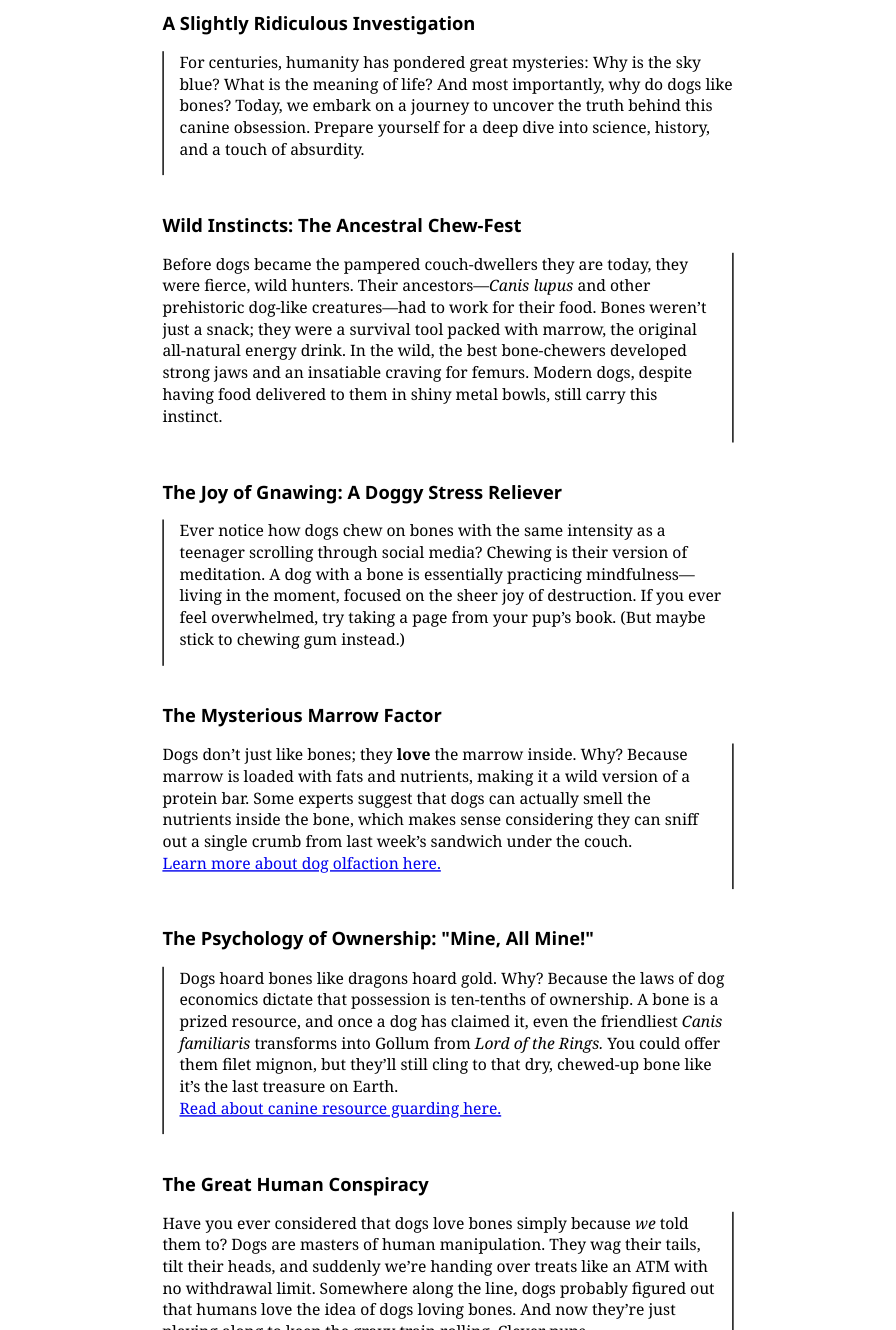
Repository: Leith-vdl/apprentice-challenge-1
Page: index.html
The author's editor kept a copy of each file at every save. The page is drawn from the files as they stood at one save, then again after the next save.
The browser window is 1280 px wide. The pictures show the part of the page from y = 113 to 2013 px (the page is 2394 px tall before and 2408 px after), at 70% of full size.
A picture or video elsewhere on the page could not be fetched, so the positions and the page height are approximate.

Above is the page before, as saved 2025-01-31 16:02:29.

After the next save:
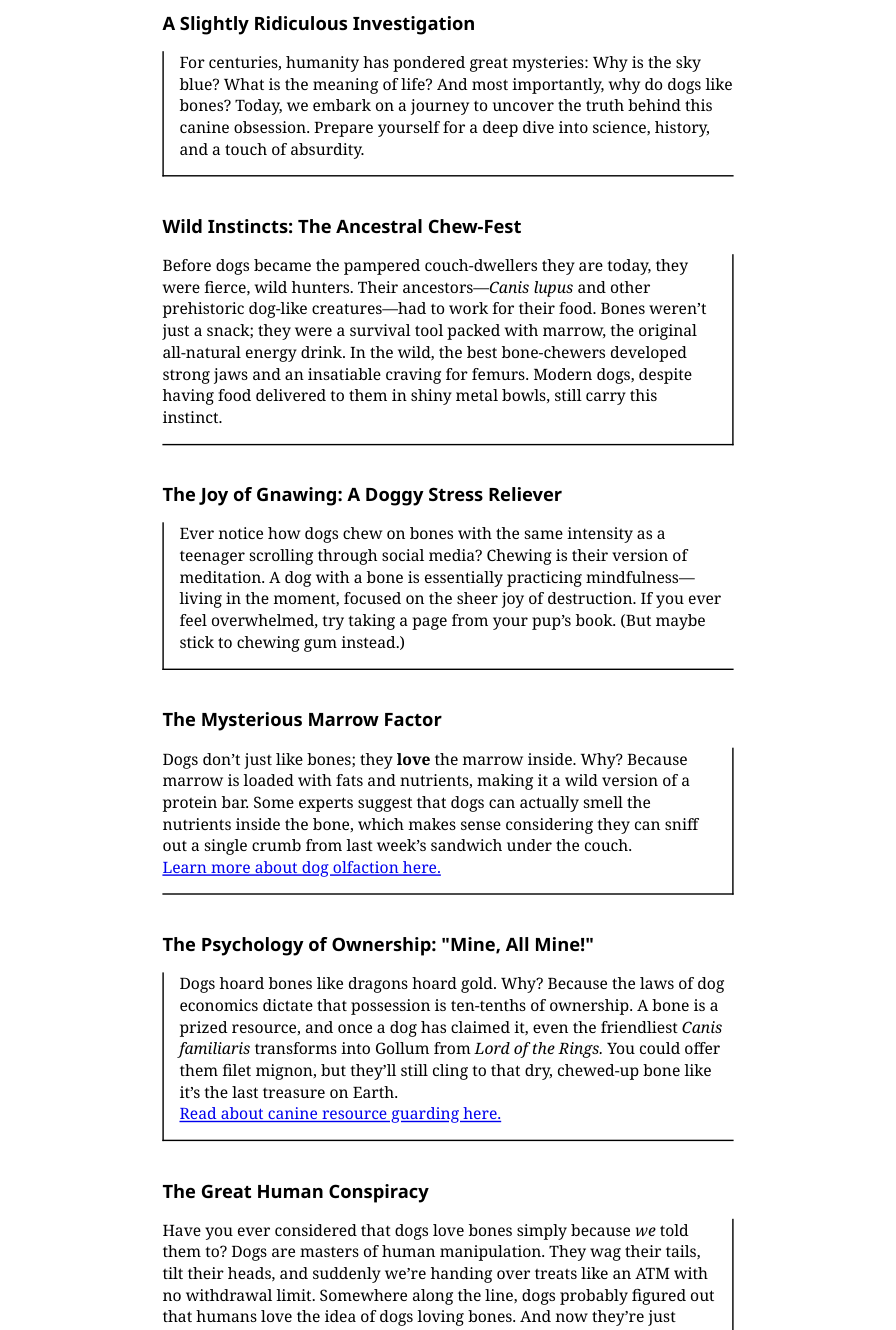
Saved 10 s later.
--- a/styles/styles.css
+++ b/styles/styles.css
@@ -27,7 +27,7 @@ h3.section-title {
     margin-top: 2em;
 }
 
-p.section-main-text p.section-main-text1 {
+p.section-main-text, p.section-main-text1 {
     border-bottom: 2px solid black;
 }
 
